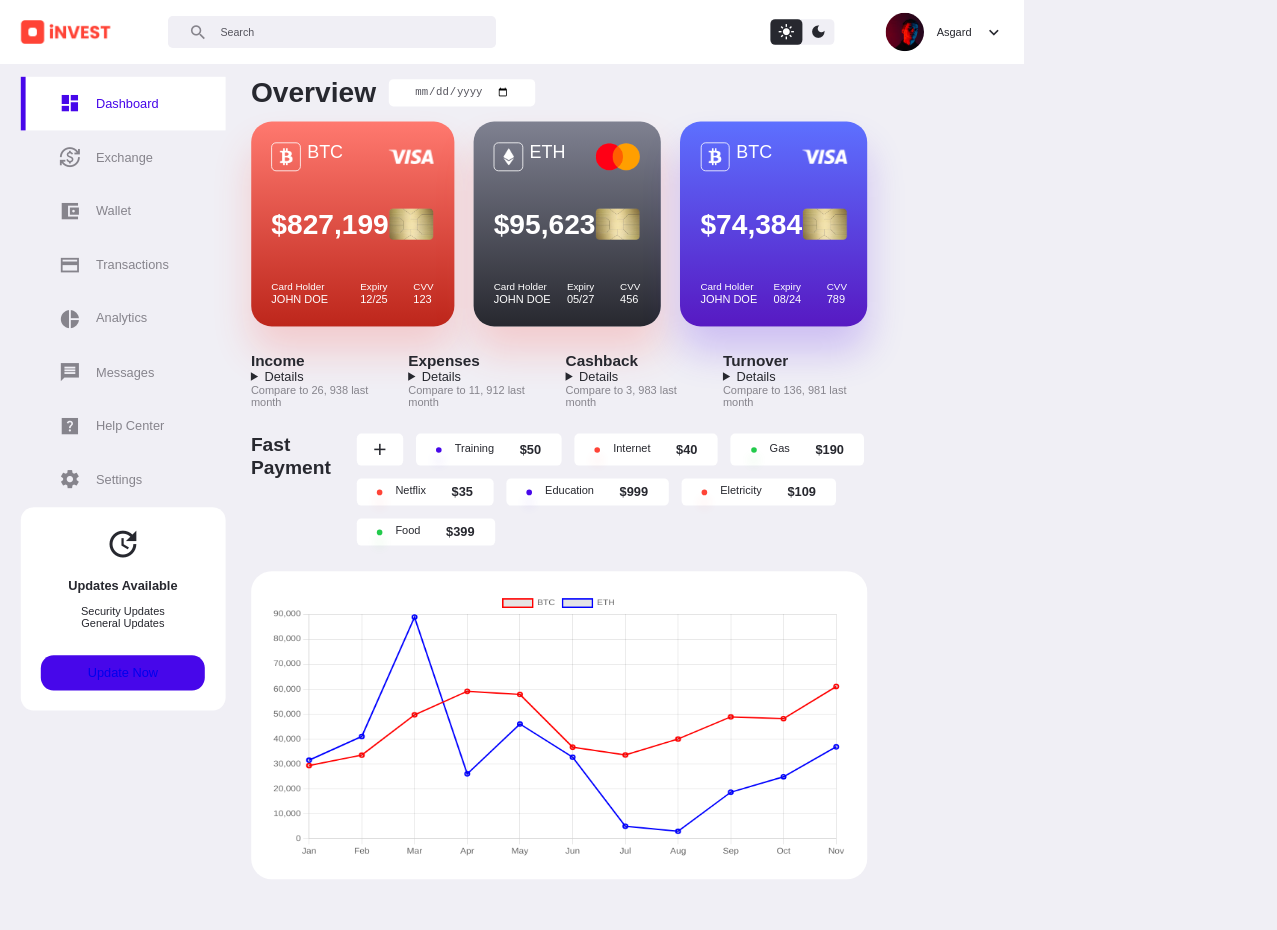
Repository: eziocdl/Admin_Dash
Page: index.html
The author's editor kept a copy of each file at every save. The page is drawn from the files as they stood at one save, then again after the next save.
The browser window is 1280 px wide. The page is 1596 px wide, so the pictures cover 1596 px, including what lies to the right of the window. The pictures show the whole page, at 80% of full size.
Some web libraries are served in a nearby version.

Above is the page before, as saved 2023-06-14 15:07:15.

After the next save:
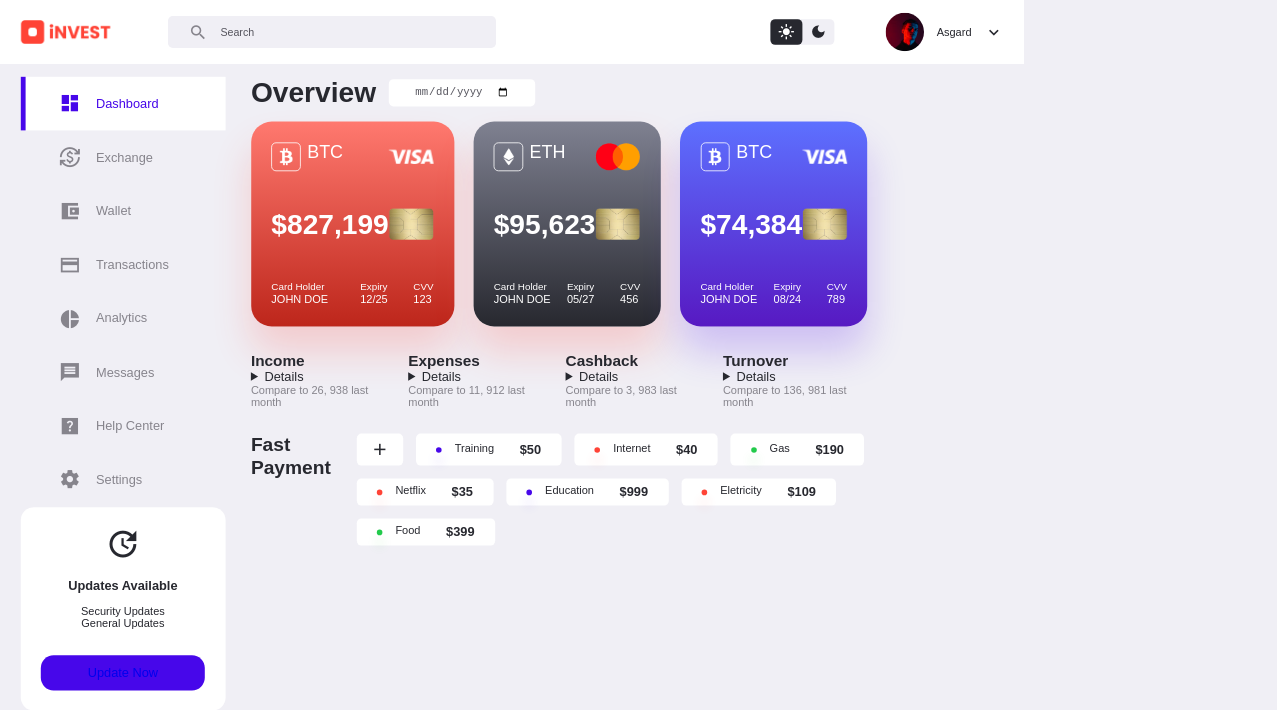
Console error: TypeError: Cannot read properties of null (reading 'getContext')
Saved 2 min 1 s later.
--- a/index.html
+++ b/index.html
@@ -335,7 +335,7 @@
 
             <!--END OF PAYMENT---------------->
 
-            <canvas id="chart"></canvas>
+
 
         </section>
         <!--FINAL DO MIDDLE-->

After the save that followed:
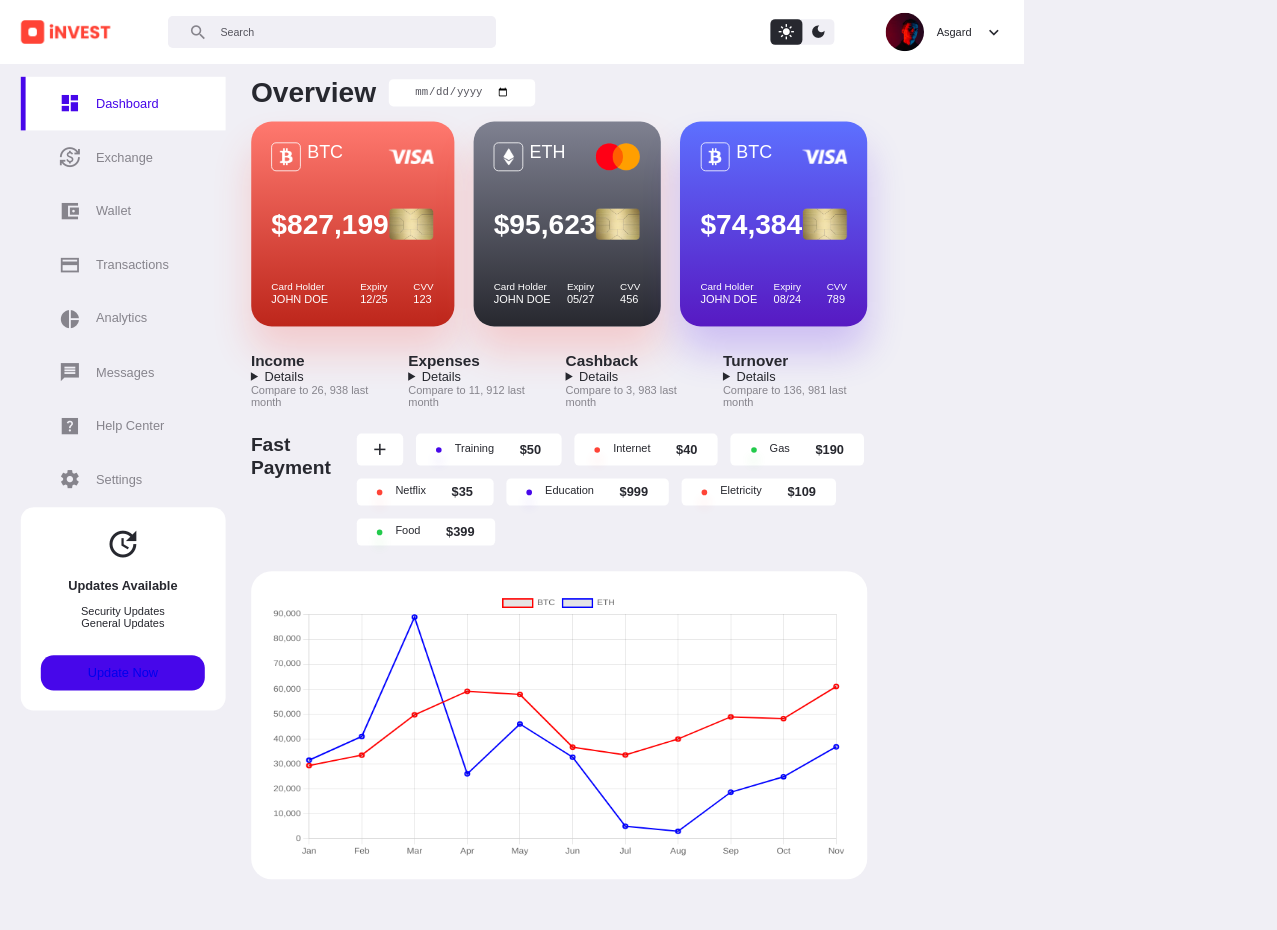
The error is gone.
Saved 37 s later.
--- a/index.html
+++ b/index.html
@@ -335,7 +335,7 @@
 
             <!--END OF PAYMENT---------------->
 
-
+            <canvas id="chart"></canvas>
 
         </section>
         <!--FINAL DO MIDDLE-->
